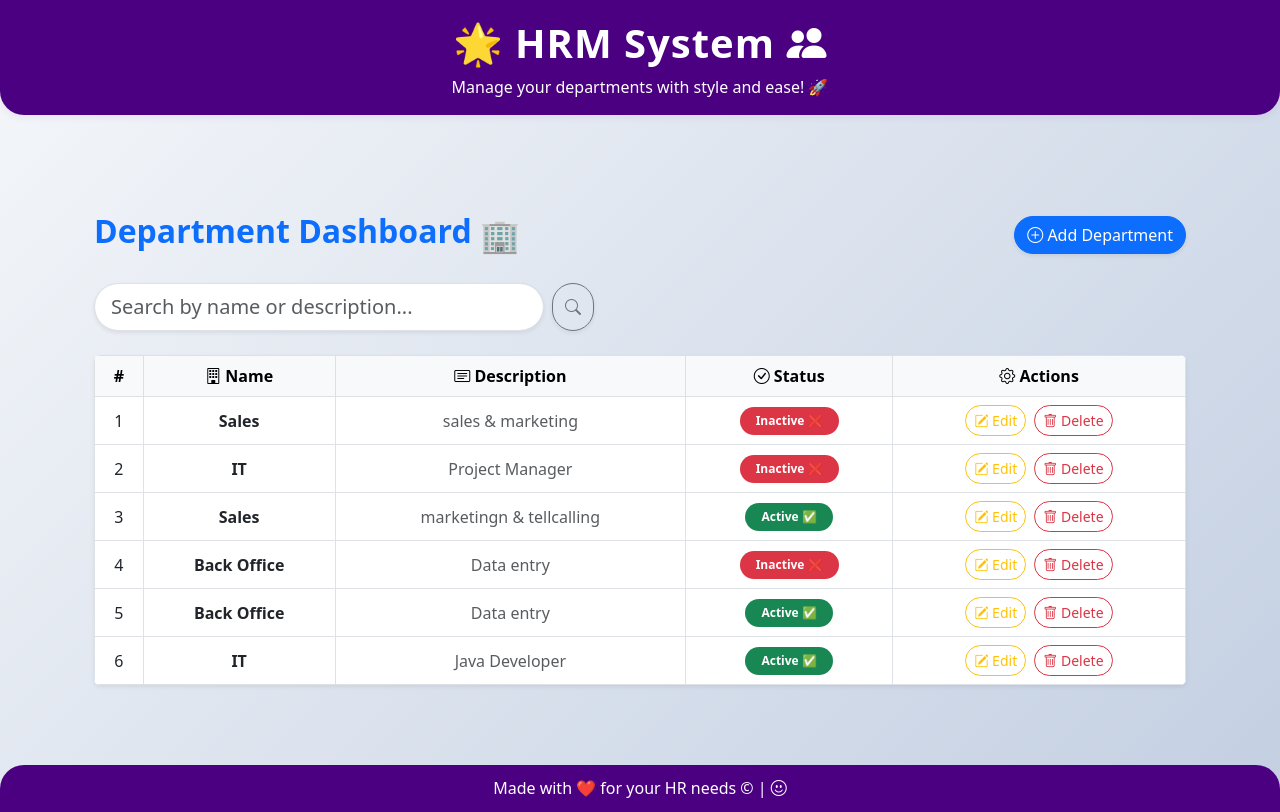
Repository: rtrupti09/HRMS
Page: http://localhost/departments/
An editor plug-in stored every save of this project. The page is shown before and after the next save, followed by the edit.
The browser window is 1280 px wide. The pictures show the whole page.
The page is served by the project's application, run on Django 5.2 (hrm_system/manage.py). The first stored user is signed in. Other server files are loaded and not shown. The page reads the database file committed with the project.

Above is the page before, as saved 2025-06-22 15:40:33.

### hrm_system/templates/department/dashboard.html
{% extends "base.html" %}

{% block extra_head %}
<link rel="stylesheet" href="https://cdn.jsdelivr.net/npm/bootstrap-icons@1.10.5/font/bootstrap-icons.css">
{% endblock %}

{% block content %}
<div class="container py-5">
    <!-- Header -->
    <div class="d-flex align-items-center justify-content-between mb-4">
        <div class="d-flex align-items-center">
            <h2 class="me-2 text-primary fw-bold">Department Dashboard</h2>
            <span class="fs-2">🏢</span>
        </div>
        <a href="{% url 'add_department' %}" class="btn btn-primary shadow-sm" style="border-radius: 30px;">
            <i class="bi bi-plus-circle"></i> Add Department
        </a>
    </div>

    <!-- Search Form -->
    <form method="get" class="d-flex mb-4" style="max-width: 500px;">
        <input type="text" name="search" value="{{ search }}" placeholder="Search by name or description..." class="form-control form-control-lg me-2 rounded-pill shadow-sm">
        <button type="submit" class="btn btn-outline-secondary rounded-pill shadow-sm">
            <i class="bi bi-search"></i>
        </button>
    </form>

    <!-- Department Table -->
    <div class="table-responsive rounded shadow-sm">
        <table class="table table-bordered table-hover align-middle mb-0" style="background-color: #ffffff;">
            <thead class="table-light">
                <tr class="text-center">
                    <th>#</th>
                    <th><i class="bi bi-building"></i> Name</th>
                    <th><i class="bi bi-card-text"></i> Description</th>
                    <th><i class="bi bi-check-circle"></i> Status</th>
                    <th><i class="bi bi-gear"></i> Actions</th>
                </tr>
            </thead>
            <tbody>
                {% for dept in departments %}
                <tr class="text-center">
                    <td>{{ forloop.counter }}</td>
                    <td class="fw-semibold text-capitalize text-dark">{{ dept.dept_name }}</td>
                    <td class="text-muted">{{ dept.description }}</td>
                    <td>
                        {% if dept.status %}
                            <span class="badge bg-success px-3 py-2 rounded-pill">Active ✅</span>
                        {% else %}
                            <span class="badge bg-danger px-3 py-2 rounded-pill">Inactive ❌</span>
                        {% endif %}
                    </td>
                    <td>
                        <a href="{% url 'edit_department' dept.id %}" class="btn btn-sm btn-outline-warning rounded-pill me-1">
                            <i class="bi bi-pencil-square"></i> Edit
                        </a>
                        <a href="{% url 'delete_department' dept.id %}" class="btn btn-sm btn-outline-danger rounded-pill">
                            <i class="bi bi-trash"></i> Delete
                        </a>
                    </td>
                </tr>
                {% empty %}
                <tr>
                    <td colspan="5" class="text-center text-muted py-4">😕 No departments found.</td>
                </tr>
                {% endfor %}
            </tbody>
        </table>
    </div>
</div>
{% endblock %}

### hrm_system/templates/base.html
<!-- templates/base.html -->
<!DOCTYPE html>
<html lang="en">
<head>
    <meta charset="UTF-8">
    <title>HRM System</title>
    <meta name="viewport" content="width=device-width, initial-scale=1">
    <link href="https://cdn.jsdelivr.net/npm/bootstrap@5.3.0/dist/css/bootstrap.min.css" rel="stylesheet">
    <link rel="stylesheet" href="https://cdn.jsdelivr.net/npm/bootstrap-icons@1.10.5/font/bootstrap-icons.css">
    <style>
        body {
            background: linear-gradient(135deg, #f5f7fa 0%, #c3cfe2 100%);
            min-height: 100vh;
        }
        .hrm-header {
            background: #4B0082;
            color: #fff;
            padding: 1.2rem 0 1rem 0;
            border-radius: 0 0 24px 24px;
            box-shadow: 0 2px 8px rgba(75,0,130,0.08);
            margin-bottom: 2rem;
        }
        .hrm-footer {
            background: #4B0082;
            color: #fff;
            text-align: center;
            padding: 0.7rem 0;
            border-radius: 24px 24px 0 0;
            margin-top: 2rem;
            font-size: 1rem;
        }
    </style>
    {% block extra_head %}{% endblock %}
</head>
<body>
    <div class="hrm-header text-center">
        <h1 style="font-weight:bold; letter-spacing:1px;">🌟 HRM System <i class="bi bi-people-fill"></i></h1>
        <p class="mb-0">Manage your departments with style and ease! 🚀</p>
    </div>
    <div class="container pt-3">
        {% if messages %}
        <div>
            {% for message in messages %}
                <div class="alert alert-{{ message.tags }} alert-dismissible fade show" role="alert">
                    {{ message }}
                    <button type="button" class="btn-close" data-bs-dismiss="alert"></button>
                </div>
            {% endfor %}
        </div>
        {% endif %}
        {% block content %}{% endblock %}
    </div>
    <div class="hrm-footer">
        <span>Made with ❤️ for your HR needs &copy; {{ now|date:'Y' }} | <i class="bi bi-emoji-smile"></i></span>
    </div>
</body>
</html>

### hrm_system/department/models.py
# department/models.py
from django.db import models

class Department(models.Model):
    dept_name = models.CharField(max_length=100)
    description = models.CharField(max_length=300)
    created_at = models.DateTimeField(auto_now_add=True)
    updated_at = models.DateTimeField(auto_now=True)
    status = models.BooleanField(default=True)

    def __str__(self):
        return self.dept_name

### hrm_system/department/views.py
# department/views.py
from django.shortcuts import render, redirect, get_object_or_404
from .models import Department
from .forms import DepartmentForm
from django.contrib import messages
from django.contrib.auth.decorators import user_passes_test

def admin_required(view_func):
    return user_passes_test(lambda u: u.is_superuser)(view_func)

@admin_required
def department_dashboard(request):
    departments = Department.objects.all()
    query = request.GET.get("search", "")
    if query:
        departments = departments.filter(dept_name__icontains=query)
    return render(request, "department/dashboard.html", {"departments": departments})

@admin_required
def add_department(request):
    if request.method == "POST":
        form = DepartmentForm(request.POST)
        if form.is_valid():
            form.save()
            messages.success(request, "Department added successfully.")
            return redirect('department_dashboard')
    else:
        form = DepartmentForm()
    return render(request, "department/add_edit.html", {"form": form})

@admin_required
def edit_department(request, dept_id):
    department = get_object_or_404(Department, pk=dept_id)
    if request.method == "POST":
        form = DepartmentForm(request.POST, instance=department)
        if form.is_valid():
            form.save()
            messages.success(request, "Department updated successfully.")
            return redirect('department_dashboard')
    else:
        form = DepartmentForm(instance=department)
    return render(request, "department/add_edit.html", {"form": form})

@admin_required
def delete_department(request, dept_id):
    department = get_object_or_404(Department, pk=dept_id)
    if request.method == "POST":
        department.status = False  # Soft delete
        department.save()
        messages.warning(request, "Department deactivated. Reassign employees before deletion.")
        return redirect('department_dashboard')
    return render(request, "department/confirm_delete.html", {"department": department})

### hrm_system/hrm_system/urls.py
"""
URL configuration for hrm_system project.

The `urlpatterns` list routes URLs to views. For more information please see:
    https://docs.djangoproject.com/en/5.2/topics/http/urls/
Examples:
Function views
    1. Add an import:  from my_app import views
    2. Add a URL to urlpatterns:  path('', views.home, name='home')
Class-based views
    1. Add an import:  from other_app.views import Home
    2. Add a URL to urlpatterns:  path('', Home.as_view(), name='home')
Including another URLconf
    1. Import the include() function: from django.urls import include, path
    2. Add a URL to urlpatterns:  path('blog/', include('blog.urls'))
"""
# hrm_system/urls.py

from django.contrib import admin
from django.urls import path, include
from django.shortcuts import redirect

urlpatterns = [
    path('admin/', admin.site.urls),
    path('departments/', include('department.urls')),
    path('accounts/', include('django.contrib.auth.urls')),  # ✅ Add this line
    path('', lambda request: redirect('department_dashboard')),
]

### hrm_system/department/urls.py
# department/urls.py
from django.urls import path
from . import views

urlpatterns = [
    path('', views.department_dashboard, name='department_dashboard'),
    path('add/', views.add_department, name='add_department'),
    path('edit/<int:dept_id>/', views.edit_department, name='edit_department'),
    path('delete/<int:dept_id>/', views.delete_department, name='delete_department'),
]

### hrm_system/db.sqlite3 (the tables this page reads, as SQL)
CREATE TABLE "auth_user" ("id" integer NOT NULL PRIMARY KEY AUTOINCREMENT, "password" varchar(128) NOT NULL, "last_login" datetime NULL, "is_superuser" bool NOT NULL, "username" varchar(150) NOT NULL UNIQUE, "last_name" varchar(150) NOT NULL, "email" varchar(254) NOT NULL, "is_staff" bool NOT NULL, "is_active" bool NOT NULL, "date_joined" datetime NOT NULL, "first_name" varchar(150) NOT NULL);
INSERT INTO "auth_user" VALUES
(1, 'pbkdf2_sha256$1000000$klXm5yfIOGV7m5jneleXNI$T7tebBIVv4do04abtiFRVLbcZeciDKrjFDq6fdQjkgs=', '2025-06-22 09:39:57.673721', 1, 'admin', '', '', 1, 1, '2025-06-22 09:14:34.032178', '');

CREATE TABLE "department_department" ("id" integer NOT NULL PRIMARY KEY AUTOINCREMENT, "dept_name" varchar(100) NOT NULL, "description" varchar(300) NOT NULL, "created_at" datetime NOT NULL, "updated_at" datetime NOT NULL, "status" bool NOT NULL);
INSERT INTO "department_department" VALUES
(1, 'sales', 'sales & marketing', '2025-06-22 09:48:29.772689', '2025-06-22 09:53:15.225973', 0),
(2, 'IT', 'Project Manager', '2025-06-22 09:50:40.913259', '2025-06-22 09:50:45.176349', 0),
(3, 'sales', 'marketingn & tellcalling', '2025-06-22 09:53:28.339740', '2025-06-22 09:53:44.053389', 1),
(4, 'back office', 'Data entry', '2025-06-22 09:54:09.921954', '2025-06-22 09:54:14.452761', 0),
(5, 'back office', 'Data entry', '2025-06-22 09:54:41.224577', '2025-06-22 09:54:41.224597', 1),
(6, 'IT', 'Java Developer', '2025-06-22 10:01:21.121885', '2025-06-22 10:01:21.121905', 1);

After the next save:
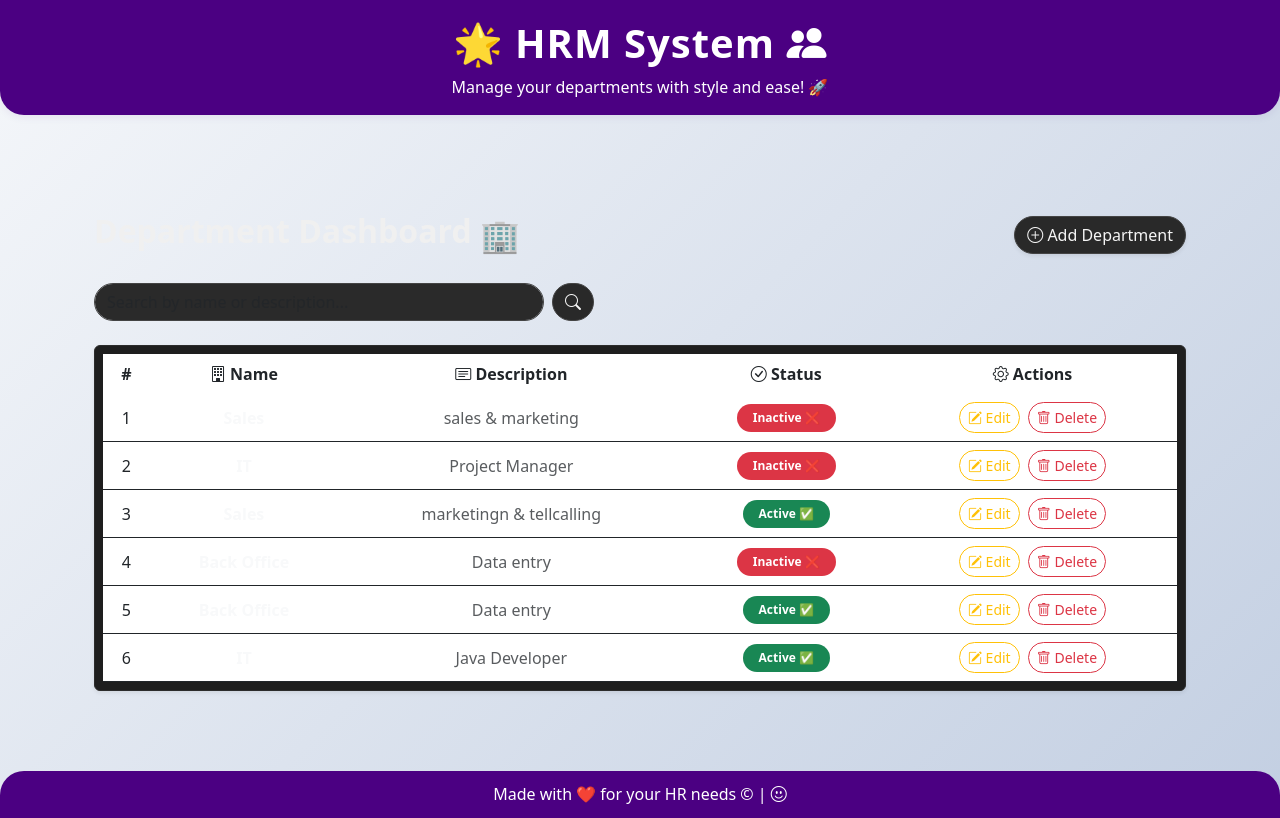
Saved 70 s later.
--- a/hrm_system/templates/department/dashboard.html
+++ b/hrm_system/templates/department/dashboard.html
@@ -2,6 +2,32 @@
 
 {% block extra_head %}
 <link rel="stylesheet" href="https://cdn.jsdelivr.net/npm/bootstrap-icons@1.10.5/font/bootstrap-icons.css">
+<style>
+    body {
+        background-color: #121212;
+        color: #e0e0e0;
+    }
+    .dark-card {
+        background: #1e1e1e;
+        border: 1px solid #2c2c2c;
+    }
+    .btn-dark-theme {
+        background-color: #292929;
+        color: #f5f5f5;
+        border: 1px solid #444;
+    }
+    .btn-dark-theme:hover {
+        background-color: #3a3a3a;
+        color: #fff;
+    }
+    .table-dark-custom thead {
+        background-color: #2a2a2a;
+        color: #e0e0e0;
+    }
+    .table-dark-custom tbody tr:hover {
+        background-color: #2f2f2f;
+    }
+</style>
 {% endblock %}
 
 {% block content %}
@@ -9,26 +35,26 @@
     <!-- Header -->
     <div class="d-flex align-items-center justify-content-between mb-4">
         <div class="d-flex align-items-center">
-            <h2 class="me-2 text-primary fw-bold">Department Dashboard</h2>
+            <h2 class="me-2 fw-bold" style="color: #f0f0f0;">Department Dashboard</h2>
             <span class="fs-2">🏢</span>
         </div>
-        <a href="{% url 'add_department' %}" class="btn btn-primary shadow-sm" style="border-radius: 30px;">
+        <a href="{% url 'add_department' %}" class="btn btn-dark-theme rounded-pill shadow-sm">
             <i class="bi bi-plus-circle"></i> Add Department
         </a>
     </div>
 
-    <!-- Search Form -->
+    <!-- Search -->
     <form method="get" class="d-flex mb-4" style="max-width: 500px;">
-        <input type="text" name="search" value="{{ search }}" placeholder="Search by name or description..." class="form-control form-control-lg me-2 rounded-pill shadow-sm">
-        <button type="submit" class="btn btn-outline-secondary rounded-pill shadow-sm">
+        <input type="text" name="search" value="{{ search }}" placeholder="Search by name or description..." class="form-control me-2 rounded-pill" style="background-color: #2a2a2a; color: #f5f5f5; border: 1px solid #444;">
+        <button type="submit" class="btn btn-dark-theme rounded-pill">
             <i class="bi bi-search"></i>
         </button>
     </form>
 
-    <!-- Department Table -->
-    <div class="table-responsive rounded shadow-sm">
-        <table class="table table-bordered table-hover align-middle mb-0" style="background-color: #ffffff;">
-            <thead class="table-light">
+    <!-- Table -->
+    <div class="table-responsive rounded dark-card shadow-sm p-2">
+        <table class="table table-dark-custom table-hover align-middle mb-0 table-borderless">
+            <thead>
                 <tr class="text-center">
                     <th>#</th>
                     <th><i class="bi bi-building"></i> Name</th>
@@ -39,9 +65,9 @@
             </thead>
             <tbody>
                 {% for dept in departments %}
-                <tr class="text-center">
+                <tr class="text-center border-bottom border-dark">
                     <td>{{ forloop.counter }}</td>
-                    <td class="fw-semibold text-capitalize text-dark">{{ dept.dept_name }}</td>
+                    <td class="fw-semibold text-light text-capitalize">{{ dept.dept_name }}</td>
                     <td class="text-muted">{{ dept.description }}</td>
                     <td>
                         {% if dept.status %}

After the save that followed:
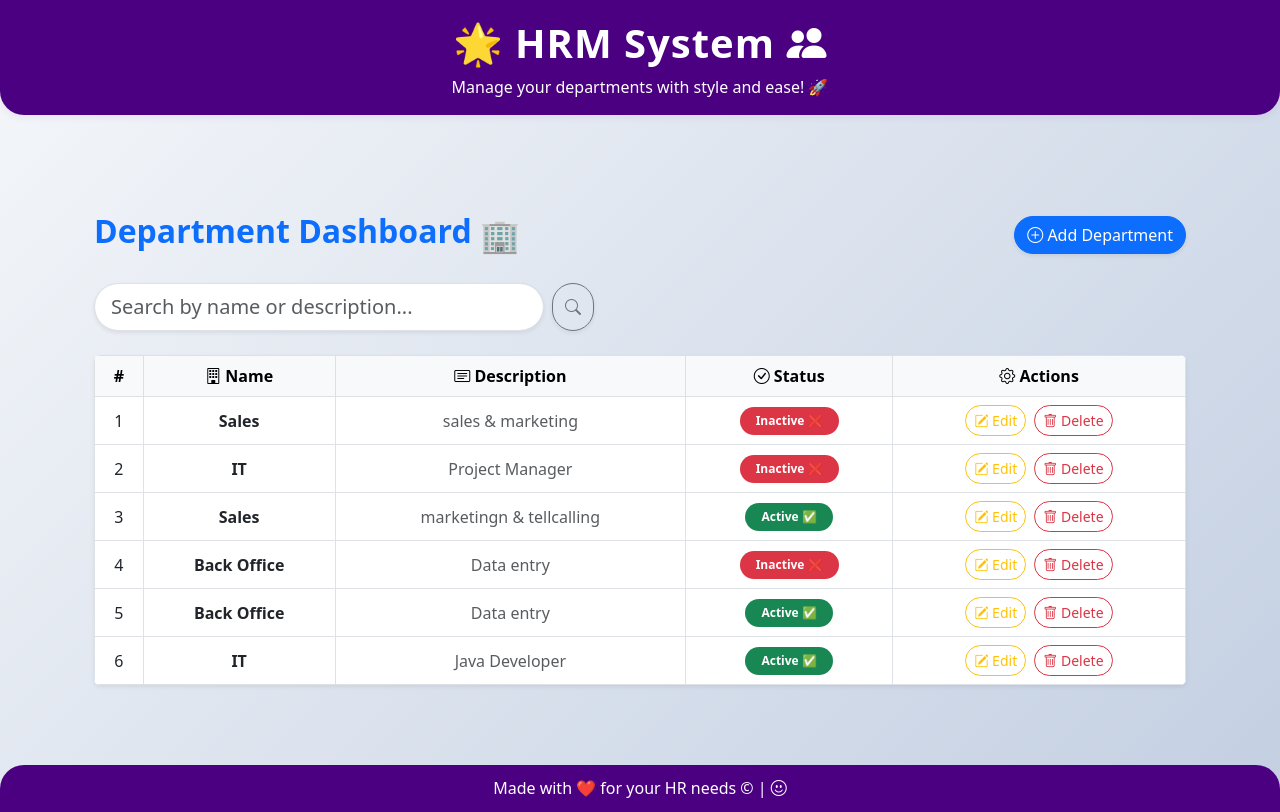
Saved 10 s later.
--- a/hrm_system/templates/department/dashboard.html
+++ b/hrm_system/templates/department/dashboard.html
@@ -2,32 +2,6 @@
 
 {% block extra_head %}
 <link rel="stylesheet" href="https://cdn.jsdelivr.net/npm/bootstrap-icons@1.10.5/font/bootstrap-icons.css">
-<style>
-    body {
-        background-color: #121212;
-        color: #e0e0e0;
-    }
-    .dark-card {
-        background: #1e1e1e;
-        border: 1px solid #2c2c2c;
-    }
-    .btn-dark-theme {
-        background-color: #292929;
-        color: #f5f5f5;
-        border: 1px solid #444;
-    }
-    .btn-dark-theme:hover {
-        background-color: #3a3a3a;
-        color: #fff;
-    }
-    .table-dark-custom thead {
-        background-color: #2a2a2a;
-        color: #e0e0e0;
-    }
-    .table-dark-custom tbody tr:hover {
-        background-color: #2f2f2f;
-    }
-</style>
 {% endblock %}
 
 {% block content %}
@@ -35,26 +9,26 @@
     <!-- Header -->
     <div class="d-flex align-items-center justify-content-between mb-4">
         <div class="d-flex align-items-center">
-            <h2 class="me-2 fw-bold" style="color: #f0f0f0;">Department Dashboard</h2>
+            <h2 class="me-2 text-primary fw-bold">Department Dashboard</h2>
             <span class="fs-2">🏢</span>
         </div>
-        <a href="{% url 'add_department' %}" class="btn btn-dark-theme rounded-pill shadow-sm">
+        <a href="{% url 'add_department' %}" class="btn btn-primary shadow-sm" style="border-radius: 30px;">
             <i class="bi bi-plus-circle"></i> Add Department
         </a>
     </div>
 
-    <!-- Search -->
+    <!-- Search Form -->
     <form method="get" class="d-flex mb-4" style="max-width: 500px;">
-        <input type="text" name="search" value="{{ search }}" placeholder="Search by name or description..." class="form-control me-2 rounded-pill" style="background-color: #2a2a2a; color: #f5f5f5; border: 1px solid #444;">
-        <button type="submit" class="btn btn-dark-theme rounded-pill">
+        <input type="text" name="search" value="{{ search }}" placeholder="Search by name or description..." class="form-control form-control-lg me-2 rounded-pill shadow-sm">
+        <button type="submit" class="btn btn-outline-secondary rounded-pill shadow-sm">
             <i class="bi bi-search"></i>
         </button>
     </form>
 
-    <!-- Table -->
-    <div class="table-responsive rounded dark-card shadow-sm p-2">
-        <table class="table table-dark-custom table-hover align-middle mb-0 table-borderless">
-            <thead>
+    <!-- Department Table -->
+    <div class="table-responsive rounded shadow-sm">
+        <table class="table table-bordered table-hover align-middle mb-0" style="background-color: #ffffff;">
+            <thead class="table-light">
                 <tr class="text-center">
                     <th>#</th>
                     <th><i class="bi bi-building"></i> Name</th>
@@ -65,9 +39,9 @@
             </thead>
             <tbody>
                 {% for dept in departments %}
-                <tr class="text-center border-bottom border-dark">
+                <tr class="text-center">
                     <td>{{ forloop.counter }}</td>
-                    <td class="fw-semibold text-light text-capitalize">{{ dept.dept_name }}</td>
+                    <td class="fw-semibold text-capitalize text-dark">{{ dept.dept_name }}</td>
                     <td class="text-muted">{{ dept.description }}</td>
                     <td>
                         {% if dept.status %}
